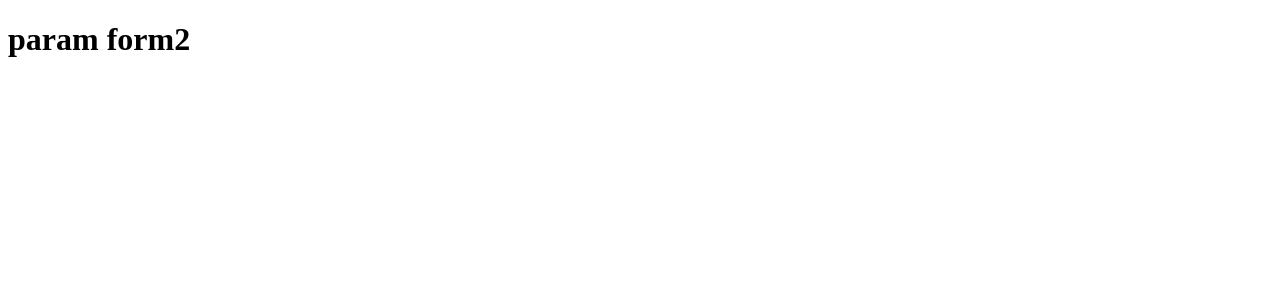
Repository: Jh1227/JSP
Page: http://localhost/12_EL/ex02_param/02_form.jsp
An editor plug-in stored every save of this project. The page is shown before and after the next save, followed by the edit.
The browser window is 1280 px wide. The pictures show the whole page.
The page is served by Tomcat 9. Other server files are loaded and not shown.

Above is the page before, as saved 2023-04-10 00:38:43.

### 12_EL/src/main/webapp/ex02_param/02_form.jsp

<!-- ex02_param/02_form.jsp -->

<%@ page language="java" contentType="text/html; charset=UTF-8"
    pageEncoding="UTF-8"%>
<!DOCTYPE html>
<html>
<head>
<meta charset="UTF-8">
<title>02_form.jsp</title>
</head>
<body>
	<h1>param form2</h1>
	<br>

</body>
</html>

After the next save:
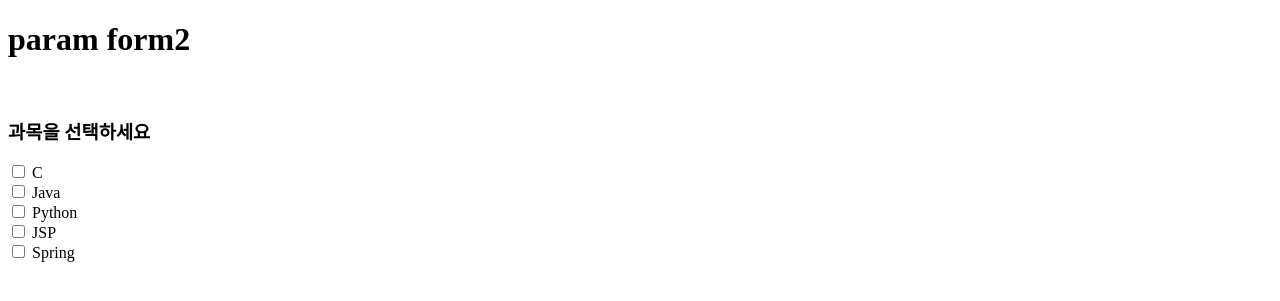
Saved 2 min 27 s later.
--- a/12_EL/src/main/webapp/ex02_param/02_form.jsp
+++ b/12_EL/src/main/webapp/ex02_param/02_form.jsp
@@ -12,6 +12,13 @@
 <body>
 	<h1>param form2</h1>
 	<br>
-
+	<form action="02_formRes.jsp" method ="post">
+		<h3>과목을 선택하세요</h3>
+		<input type ="checkbox" name ="subject" value ="c"> C <br>
+		<input type ="checkbox" name ="subject" value ="java"> Java <br>
+		<input type ="checkbox" name ="subject" value ="python"> Python <br>
+		<input type ="checkbox" name ="subject" value ="jsp"> JSP <br>
+		<input type ="checkbox" name ="subject" value ="spring"> Spring <br>
+	</form>
 </body>
 </html>
